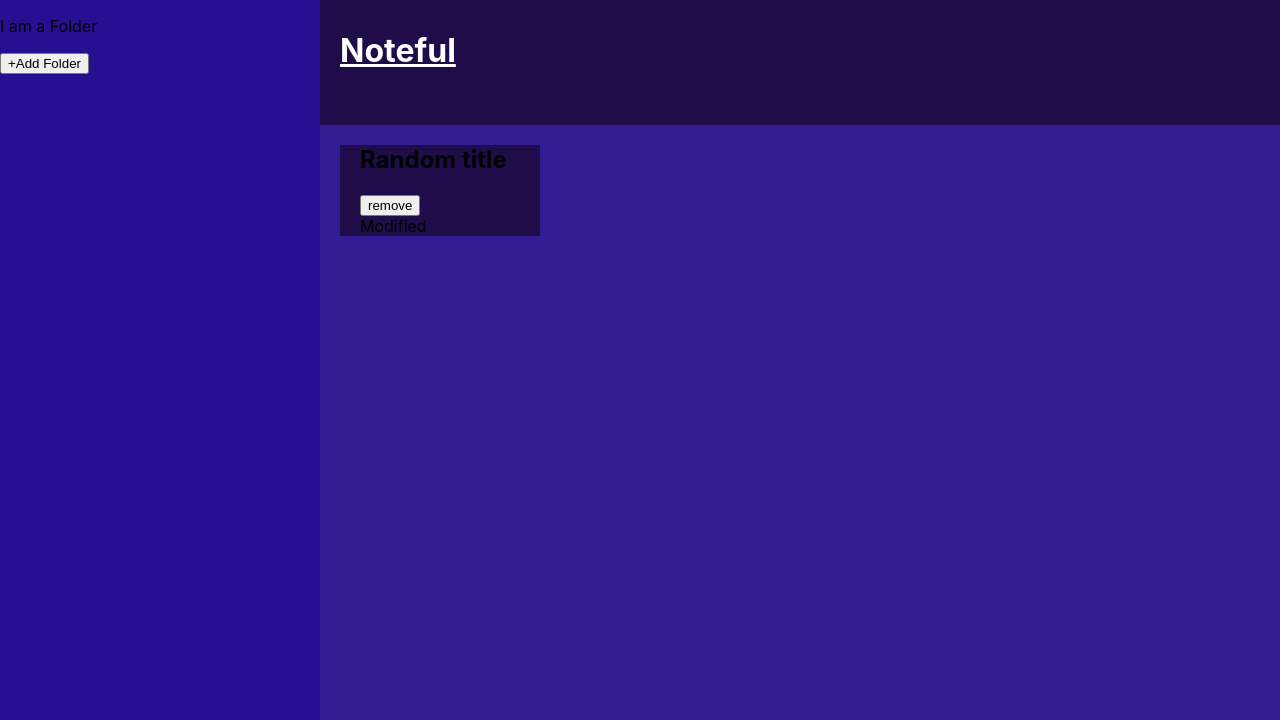
Repository: thinkful-ei-macaw/noteful-agatha-curtis
Page: /
An editor plug-in stored every save of this project. The page is shown before and after the next save, followed by the edit.
The browser window is 1280 px wide. The pictures show the whole page.
The project was rebuilt for these pictures with package versions that can differ from the ones it lists, and the page was loaded fresh each time.

Above is the page before, as saved 2020-03-10 13:17:40.

After the next save:
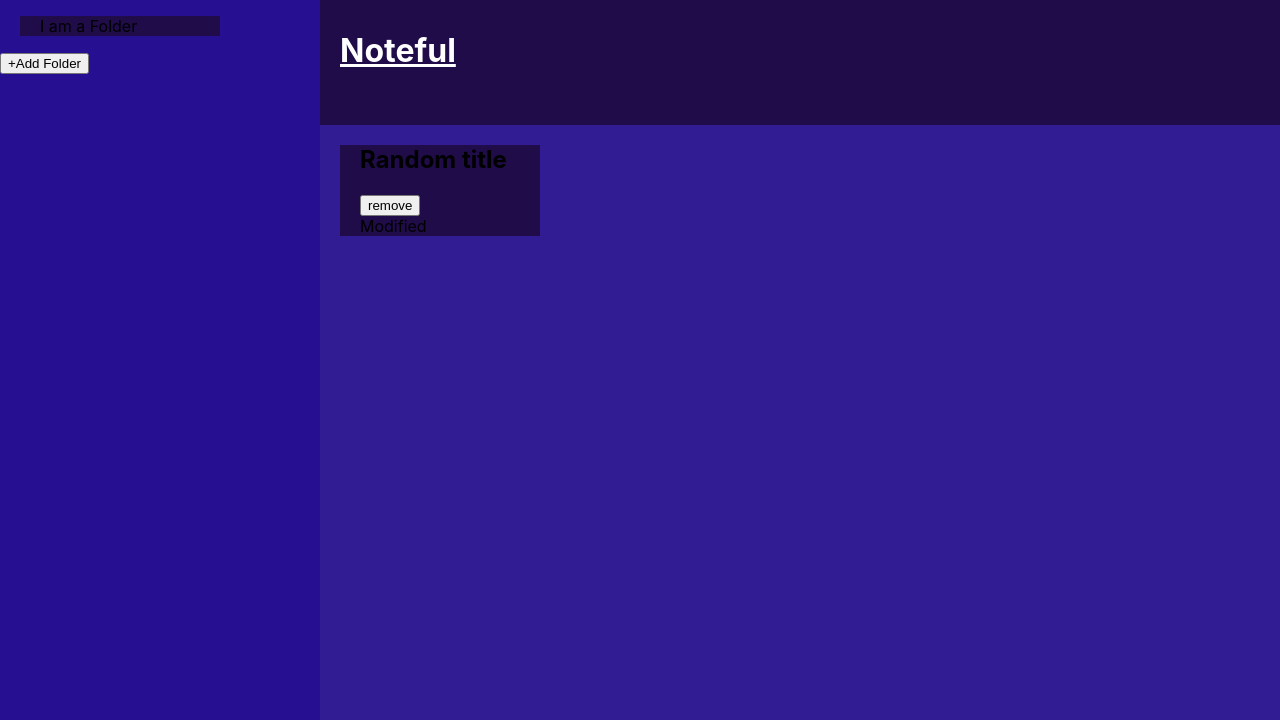
Saved 11 s later.
--- a/src/Component/Folder.css
+++ b/src/Component/Folder.css
@@ -4,3 +4,10 @@
     grid-column-start: 1;
     grid-column-end: 1;
 }
+
+.folder-js {
+    padding-left: 20px;
+    margin-left: 20px;
+    background-color: rgb(31, 12, 73);
+    width: 200px;
+}
